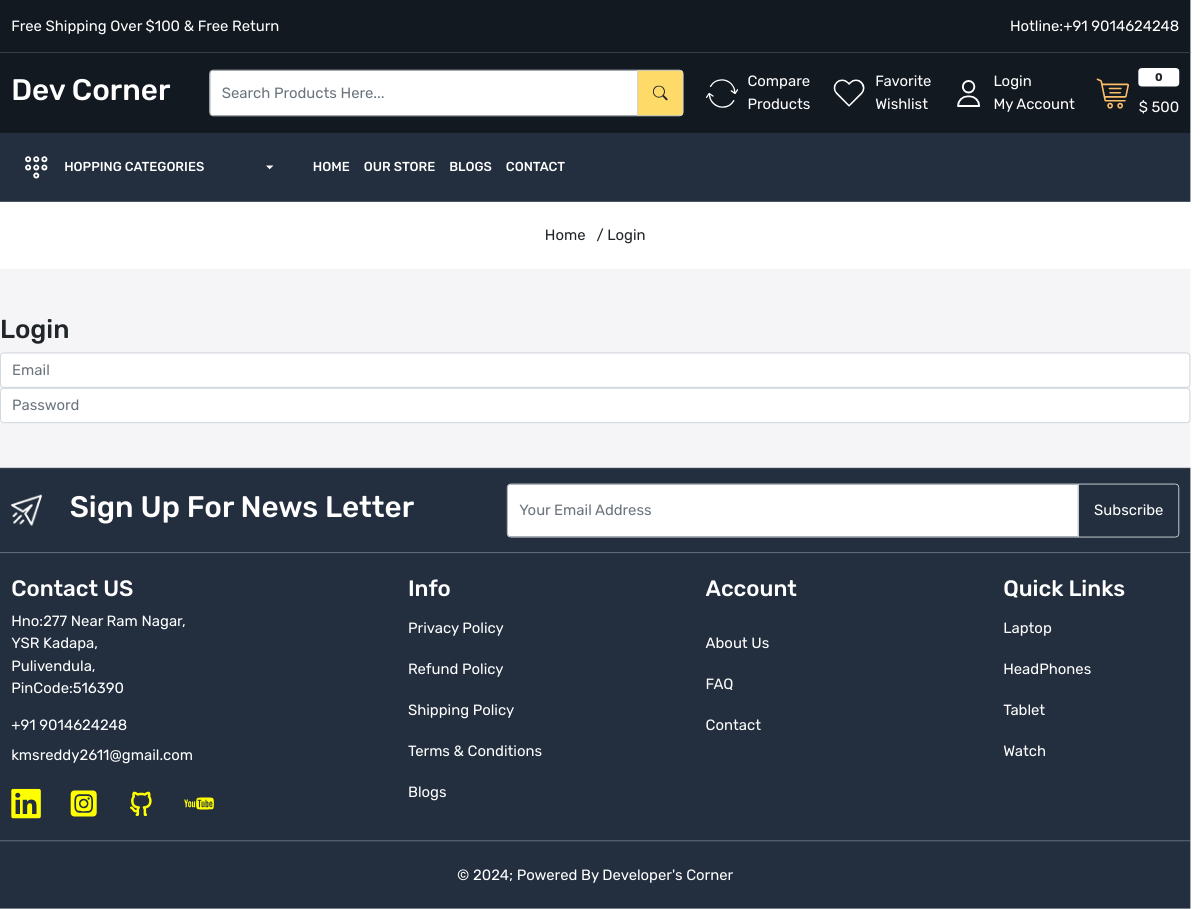
Repository: maniheist/ecommerce-app
Page: /login
The author's editor kept a copy of each file at every save. The page is drawn from the files as they stood at one save, then again after the next save.
The browser window is 1280 px wide. The page is 1292 px wide, so the pictures cover 1292 px, including what lies to the right of the window. The pictures show the whole page, at 93% of full size.
The project was rebuilt for these pictures with package versions that can differ from the ones it lists, and the page was loaded fresh each time. Also part of the build but not shown: src/components/BlogCard.js, src/components/ProductCard.js, src/components/SpecialProduct.js, src/pages/Home.js, src/pages/About.js, src/pages/Contact.js, src/components/Color.js, src/pages/OurStore.js and 3 more.

Above is the page before, as saved 2024-02-20 15:10:10.

### public/index.html
<!DOCTYPE html>
<html lang="en">
  <head>
    <meta charset="utf-8" />
    <link rel="icon" href="%PUBLIC_URL%/favicon.ico" />
    <meta name="viewport" content="width=device-width, initial-scale=1" />
    <meta name="theme-color" content="#000000" />
    <meta
      name="description"
      content="Web site created using create-react-app"
    />
    <link rel="apple-touch-icon" href="%PUBLIC_URL%/logo192.png" />

    <link rel="preconnect" href="https://fonts.googleapis.com" />
    <link rel="preconnect" href="https://fonts.gstatic.com" crossorigin />
    <link
      href="https://fonts.googleapis.com/css2?family=Rubik:ital,wght@0,300..900;1,300..900&display=swap"
      rel="stylesheet"
    />
    <link
      href="https://cdn.jsdelivr.net/npm/bootstrap@5.0.2/dist/css/bootstrap.min.css"
      rel="stylesheet"
      integrity="sha384-EVSTQN3/azprG1Anm3QDgpJLIm9Nao0Yz1ztcQTwFspd3yD65VohhpuuCOmLASjC"
      crossorigin="anonymous"
    />
    <link rel="manifest" href="%PUBLIC_URL%/manifest.json" />

    <title>React Redux App</title>
  </head>
  <body>
    <noscript>You need to enable JavaScript to run this app.</noscript>
    <div id="root"></div>
    <script
      src="https://cdn.jsdelivr.net/npm/bootstrap@5.0.2/dist/js/bootstrap.bundle.min.js"
      integrity="sha384-MrcW6ZMFYlzcLA8Nl+NtUVF0sA7MsXsP1UyJoMp4YLEuNSfAP+JcXn/tWtIaxVXM"
      crossorigin="anonymous"
    ></script>
  </body>
</html>

### src/index.js
import React from 'react';
import { createRoot } from 'react-dom/client';

import App from './App';

const container = document.getElementById('root');
const root = createRoot(container);

root.render(

      <App />

);

### src/App.js
import React from 'react';
import './App.css';
import {BrowserRouter,Routes,Route} from "react-router-dom";
import Layout from "./components/Layout";
import Home from "./pages/Home"
import About from "./pages/About"
import Contact from "./pages/Contact"
import OurStore from './pages/OurStore';
import Blog from "./pages/Blog";
import CompareProduct from './pages/CompareProduct';
import Wishlist from './pages/Wishlist';
import Login from './pages/Login';
function App() {
  return (
    <>
      <BrowserRouter>
        <Routes>
        <Route path="/" element={<Layout />}>
<Route index element={<Home />} />
<Route path="about" element={<About />}/>
<Route path="contact" element={<Contact />}/>
<Route path="store" element={<OurStore />}/>
<Route path="blogs" element={<Blog />}/>
<Route path="compare-product" element={<CompareProduct />}/>
<Route path="wishlist" element={<Wishlist />}/>
<Route path="login" element={<Login />}/>


        </Route>

        </Routes>
      </BrowserRouter>
    </>

  );
}

export default App;

### src/App.css
*{
  margin:0;
  padding:0;
  box-sizing:border-box;
}
:root{
  --color-131921:#131921;
  --color-3b4149:#3b4149;
--color-febd69:#fedb69;
--color-232f3e:#232f3e;
--color-bf4800:#bf4800;
--color-f5f5f7:#f5f5f7;
--color-ededed:#ededed;
--color-777777:#777777;
--color-1c1b1b:#1c1b1b;
--color-f2f2f2:#f2f2f2;
}

.section-heading{
  font-size: 26px;
  line-height: 32px;
  font-weight: 500;
  margin-bottom: 30px;

}
.card-wrapper{
  background-color: white;
  box-shadow: 0 0 10px #0000001a;
  padding: 15px;
}

.button{
  background-color:var(--color-232f3e) ;
  color: white;
  padding: 13px 33px;
  font-size: 14px;
  border-radius: 15px;
}
.button:hover{
  background-color: var(--color-febd69);
  color:#131921
}
body {
  font-family:"Rubik", sans-serif;
}
a {
  text-decoration:none;
  display:inline-block;
}

.form-control:focus{
  box-shadow:none;
  border-color: inherit;
}

/*header part*/
.header-top-strip{
  border-bottom: 1px solid var(--color-3b4149);
  background-color:var(--color-131921) ;
}

.header-upper{
  background-color: var(--color-131921);
}

.header-bottom{
  background-color: var(--color-232f3e);
}

.header-upper .input-group-text{
  background-color: var(--color-febd69);
}

.header-upper.header-upper-links img{
  width:35px;
  height: 35px;
}

.gap-10{
  gap: 10px;
}


.gap-15{
  gap: 15px;
}

.gap-30{
  gap: 30px;
}
.header-bottom .menu-links a,
.header-bottom .dropdown button
{
  color: white;
  font-size: 14px;
  line-height: 18px;
  font-weight: 480;
  letter-spacing:0.3;
  text-transform: uppercase;
}

.header-bottom .dropdown button:focus{
  box-shadow: none;
}

.header-bottom .dropdown-menu{
  background-color: var(--color-131921);
  width:100%;
  transform: translate3d(0px,57px,0px) !important;
}

.header-bottom .dropdown-item{
  padding:20px;
  margin-bottom: 3px;
  border-bottom: 1px solid var(--color-3b4149)
  ;

}
.header-bottom .dropdown-item:hover{
  background-color: transparent;
  color: var(--color-febd69) !important;
}
/*header part end */


/*footer part  */

footer{
  background-color: var(--color-232f3e);
}



footer:not(:first-child){
  border-top:1px solid rgba(255,255,255,0.1);

}

footer .input-group-text{
  background-color: var(--color-232f3e);
  color:white;
  padding:8px 17px;
}
/* footer part end */

/*Home page*/

.main-banner-content{
  top:15%;
  left:5%;
}

.main-banner-content h4{

  font-size: 19px;
  font-weight: 400;
  line-height: 24px;
  color:var(--color-bf4800);
  margin: 0 0 12px;
  letter-spacing: 0.3px;
  text-transform: uppercase;

}

.main-banner-content h5{
  font-size: 52px;
  font-weight: 500;
  line-height: 64px;
  letter-spacing: -2px;
  text-transform: none;

}

.main-banner-content p{
  font-size: 18px;
  line-height: 28px;
  letter-spacing: 0.4px;
  font-weight: 100;
  color: var(--color-131921);
}


.small-banner-content{
  top:25%;
  left:10%;
}

.small-banner-content h4{

  font-size: 21px;
  font-weight: 400;
  line-height: 24px;
  color:var(--color-bf4800);
  margin: 0 0 12px;
  letter-spacing: 0.3px;
  text-transform: uppercase;
}
.small-banner-content h5{
  font-size: 33px;
  font-weight: 500;
  line-height: 34px;
  letter-spacing: -2px;
  text-transform: none;

}

.small-banner-content p{
  font-size: 18px;
  line-height: 28px;
  letter-spacing: 0.4px;
  font-weight: 100;
  color: var(--color-131921);
}

.small-banner{
  width: 49%;

}


/* Home wrapper 2 */

.home-wrapper-2{
  background-color: var(--color-f5f5f7);

}

/* Home wrapper 2 ends */

/* categories section */

.categories{
  background-color: white;
  box-shadow: 0 0 10px #0000001a;
  padding: 15px;
}

.categories > div{
  width:25%;
  padding: 10px 10px 10px 20px;
}

.categories > div:nth-child(1),
.categories > div:nth-child(2),
.categories > div:nth-child(3),
.categories > div:nth-child(4){
  border-bottom: 1px solid var(--color-ededed) ;
}

.categories>div>div{
  width:60%
}

.categories > div:nth-child(1),
.categories > div:nth-child(2),
.categories > div:nth-child(3){
  border-right: 1px solid var(--color-ededed) ;
}

.categories > div:nth-child(5),
.categories > div:nth-child(6),
.categories > div:nth-child(7){
  border-right: 1px solid var(--color-ededed) ;
}
/* categories end */

/* Home Page End */


/* Blogcard */

.blog-card{
  background-color: white;
  padding:20px;
  border-radius:10px;
}

.blog-card img{
  border-top-left-radius:10px;
  border-top-right-radius:10px;
}

.blog-content{
  padding: 15px;

}

.blog-contentp.date{
  font-size: 13px;
  line-height: 24px;
  text-transform: uppercase;
  letter-spacing: 0;
  font-weight: 400;
  color: var(--color-777777);
  padding: 0;

}

.blog-content h5{
  font-size: 18px;
  color: var(--color-131921);
}


.blog-content p.desc{
  font-size: 13px;
  line-height: 22px;
  color: var(--color-777777);
}
/*Blogcard ends*/


/* product card */

.product-card{
  padding: 15px;
  background-color: white;
  border-radius: 13px;
overflow:hidden;
width: 100%;
}

.product-card .product-image{
  height: 270px;
}

.product-card .product-image img{
  object-fit: contain;
}
.product-card .product-image> img:last-child{
  display: none;
}
.product-card:hover .product-image > img:nth-child(1){
display: none;

}
.product-card:hover .product-image>img:last-child{
  display: block;


}



.product-card:hover .action-bar{
  right: 15px;

}
.product-card .product-details h6 {
  color:var(--color-bf4800);
  font-size: 13px;



}


.product-card .product-details h5{
  font-size: 15px;
  color: var(--color-1c1b1b);
}

.product-card.product-details p.price{
  font-size: 16px;
  color: var(--color-1c1b1b);
}

.product-card p.description{
  font-size: 13px;
  color: var(--color-777777);
  margin-right: 20px;
}

.action-bar{
  top: 10%;
  right:-23px;
  transition: 0.3s;
}


.wishlist-icon{
  top: 2%;
  right:15px;

}
/* product card ends */

/* special product */

.special-product-card{
  padding:20px 10px;
  border-radius: 10px;
  background-color: white;
}

.special-product-card .badge{
  background-color:#eb353b !important;
}


/* special product ends */

/* famous start */

.famous-card .famous-content{
  top: 10%;
  left: 5%;

}

.famous-card img{
  border-radius: 10px;
}

.famous-content h5{
  font-size: 13px;
  line-height: 20px;
  font-weight: 400px;
  color: white;
  margin-bottom: 7px;
  text-transform: uppercase;

}
.famous-content h6{
  font-size: 24px;
  line-height: 38px;
  font-weight: 500;
  color: white;
}
.famous-content p{
  font-size: 16px;
  line-height: 24px;
  color: white;
  font-weight: 100;
}

/* famous ends */

/* Our Store Start */

.filter-card{
  background-color: white;
  border-radius: 10px;
  padding: 15px 15px 25px;
}

.filter-title{
  font-size: 16px;
  line-height: 20px;
  font-weight: 600;
  color: var(--color-1c1b1b);
  margin-bottom: 20px;
}

.filter-card ul,
.filter-card .form-check-label {
  list-style-type:none;
  font-size: 13px;
  line-height: 30px;
  color: var(--color-777777);
  cursor: pointer;
}

.filter-card .form-check-input:focus{
  box-shadow: none;
  border-color: rgba(0,0,0,0.25);
}
.filter-card .form-check-input:checked{
background-color: var(--color-febd69);
  border-color: var(--color-febd69);

}
.sub-title{
  font-size: 40px;
  font-weight: 600;
  color: var(--color-1c1b1b);
  margin-bottom: 15px;
  margin-top: 20px;
}

.colors{
  list-style-type: none;
  display: flex;
  flex-wrap: wrap;
  gap: 10px;
}
.colors .one{
  width: 20px;
  height: 20px;
  background-color: red;
  border-radius: 50%;
}
.colors .two{
  width: 20px;
  height: 20px;
  background-color: blue;
  border-radius: 50%;
}
.colors  .three{
  width: 20px;
  height: 20px;
  background-color: yellow;
  border-radius: 50%;
}
.colors  .four{
  width: 20px;
  height: 20px;
  background-color: pink;
  border-radius: 50%;
}
.colors  .five{
  width: 20px;
  height: 20px;
  background-color: black;
  border-radius: 50%;
}
.colors  .six{
  width: 20px;
  height: 20px;
  background-color: brown;
  border-radius: 50%;
}

.colors  .seven{
  width: 20px;
  height: 20px;
  background-color:chocolate;
  border-radius: 50%;
}

.random-products h5{
font-size: 14px;
margin-bottom: 8px;
}

.random-products:first-child{
  border-bottom: 1px solid var(--color-ededed);
}

.filter-sort-grid{
  padding: 10px;
  background-color: white;
  border-radius: 10px;
}

.grid img{
  width: 35px;
  height: 35px;
  background-color: var(--color-f2f2f2);
  padding: 8px;
  border-radius: 3px;
  cursor: pointer;
}
.grid img:hover{
  background-color:burlywood;
}

.g-12{
  width: 100%;

}
.gr-6{
  width: 49%;
}
.gr-4{
  width: 32%;
}
.gr-3{
  width: 24%;

}

.gr-12 .product-card{
  display: flex;
  gap:20px;
}
.gr-6 .product-image{
  width: 100%;
}
.gr-6 .product-image img{
  margin: auto;
  display: block;
}
.gr-12 .product-card .product-image{
  width: 270px;
}

.gr-12 .product-card .product-image{
  height: auto;
}
.gr-12 .action-bar{top: 17%;}


/* Our store ends */


/* contact us starts*/

.contact-inner-wrapper{
  padding:30px 20px;
  border-radius: 15px;
  background-color: white;
  gap:15px;
}
.contact-inner-wrapper>div{
  width: 48%;
}

.contact-title{
  font-size: 26px;
  font-weight: 500;
  line-height: 35px;
  text-align: left;

}

.contact-inner-wrapper form .form-control{
  background-color: var(--color-f5f5f7);
  border-radius: 10px;
  border-color: transparent;
  padding: 10px;
}

.contact-inner-wrapper ul{
  list-style: none;
}

.contact-inner-wrapper address,.contact-inner-wrapper a,.contact-inner-wrapper p{
  color: var(--color-777777);
}

/* contact us ends */

/* compare products */

.compare-product-card {
  padding: 20px 15px;
  background-color: white;
  border-radius: 10px;

}

.compare-product-card .cross ,.wishlist-card .cross{
  top: 15px;
  right: 15px;
  width: 25px;
  padding: 3px;
cursor: pointer;
}

.compare-product-details h5.title, .wishlist-card h5.title{
  font-size: 15px;
  line-height: 22px;
  font-weight: 500;
  color: var(--color-1c1b1b);
}

.compare-product-details h6.price, .wishlist-card h6.price{
font-size: 15px;
line-height: 22px;
font-weight: 400;
}

.compare-product-card .product-detail{
  display: flex;
  justify-content: space-between;
  align-items: center;
  padding: 10px 0px;
  border-top: 1px solid rgba(0,0,0,0.1);
}




/* compare products ends */

### src/components/Layout.js
import React from 'react'
import {Outlet} from "react-router-dom";
import Header from "./Header";
import Footer from "./Footer";
const Layout = () => {
  return (
    <>
            <Header />
            <Outlet />
            <Footer />

    </>
  )
}

export default Layout

### src/pages/Login.js
import React from 'react'
import BreadCrumb from '../components/BreadCrumb'
import Meta from '../components/Meta';
const Login = () => {
  return <>
  <Meta title={"Login"}></Meta>
    <BreadCrumb title='Login'/>
    <div className='login-wrapper py-5 home-wrapper-2'>
        <div className='row'>
            <div className='col-12'>
                <div className='login-card'>
                    <h3>Login</h3>
                    <form type="">
                        <div><input type='email' name='email' placeholder='Email'  className='form-control'></input></div>
                        <div><input type='password' name='password' placeholder='Password' className='form-control'></input></div>

                    </form>
                </div>
            </div>
        </div>
    </div>


  </>
}

export default Login

### src/components/Header.js
import React from 'react'
import {NavLink,Link} from "react-router-dom"
import {BsSearch} from "react-icons/bs"
const Header = () => {
  return <>
  <header className='header-top-strip py-3'>
    <div className='container-xxl'>
      <div className='row'>
        <div className='col-6'>
          <p className='text-white mb-0'>Free Shipping Over $100 & Free Return</p>
        </div>
        <div className='col-6'>
          <p className='text-end text-white mb-0'>
            Hotline:
            <a className='text-white' href='tel:+9014624248'>+91 9014624248</a>
          </p>
        </div>
      </div>
    </div>
  </header>
  <header className='header-upper py-3'>
    <div className='container-xxl'>
      <div className='row align-items-center'>
        <div className='col-2'>
          <h2><Link className='text-white'>
            Dev Corner
          </Link></h2>
        </div>
        <div className='col-5'>
          <div className="input-group">
  <input type="text" className="form-control py-2" placeholder="Search Products Here..." aria-label="Search Products Here..." aria-describedby="basic-addon2"/>
  <span className="input-group-text p-3" id="basic-addon2"><BsSearch className='fs-6' /></span>
</div>
        </div>
        <div className='col-5'>
          <div className='header-upper-links d-flex align-items-center justify-content-between'>
            <div>
              <Link to='/compare-product' className='d-flex align-items-center gap-10 text-white'>
              <img src="/images/compare.svg" alt='compare' />
                <p className='mb-0'>Compare <br /> Products</p>
              </Link>
            </div>
            <div>
              <Link to="/wishlist" className='d-flex align-items-center gap-10 text-white'>
              <img src="/images/wishlist.svg" alt='wishlist' />
                <p className='mb-0'>Favorite <br /> Wishlist</p>
              </Link>
            </div>
            <div>
              <Link to="/login" className='d-flex align-items-center gap-10 text-white'>
              <img src="/images/user.svg" alt='user' />
                <p className='mb-0'>Login <br /> My Account</p>
              </Link>
            </div>
            <div>
              <Link to="/cart" className='d-flex align-items-center gap-10 text-white'>
            <img src="/images/cart.svg" alt='cart' />
                <div className='d-flex flex-column gap-10'>
                <span className='badge bg-white text-dark'>0</span>
                <p className='mb-0'>$ 500</p>

                </div>
              </Link>
            </div>
          </div>
        </div>
      </div>
    </div>
  </header>
<header className='header-bottom py-3'>
  <div className='container-xxl'>
    <div className='row'>
      <div className='col-12'>
        <div className='menu-bottom d-flex align-items-center gap-30'>
        <div>
          <div className="dropdown">
  <button className="btn btn-secondary dropdown-toggle bg-transparent border-0 gap-15 d-flex align-items-center" type="button" id="dropdownMenuButton1" data-bs-toggle="dropdown" aria-expanded="false">
    <img src="images/menu.svg" alt=""/><span className='me-5 d-inline-blocto'>hopping Categories</span>
  </button>
  <ul className="dropdown-menu" aria-labelledby="dropdownMenuButton1">
    <li><to className="dropdown-item text-white" to="">Pants</to></li>
    <li><to className="dropdown-item text-white" to="">Shirts</to></li>
    <li><to className="dropdown-item text-white" to="">Shorts</to></li>
  </ul>
</div>
        </div>
        <div className='menu-links'>
          <div className='d-flex align-items-center gap-15'>
            <NavLink className='text-white' to="/">Home</NavLink>
            <NavLink className='text-white' to="/store">Our Store</NavLink>
            <NavLink className='text-white' to="/blogs">Blogs</NavLink>
            <NavLink className='text-white' to="/contact">Contact</NavLink>
          </div>
        </div>

        </div>
      </div>
    </div>
  </div>
</header>


  </>
}

export default Header

### src/components/BreadCrumb.js
import React from 'react'
import {Link} from 'react-router-dom';
const BreadCrumb = (props) => {
    const {title}=props;
  return (
    <div className='breadcrumb mb-0 py-4'>
      <div className='container-xxl'>
        <div className='row'>
            <div className='col-12'>
                <p className='text-center mb-0'><Link to='/' className='text-dark'>Home &nbsp; </Link> / {title}</p>
            </div>
        </div>
      </div>
    </div>
  )
}

export default BreadCrumb

### src/components/Meta.js

import React from 'react'
import {Helmet} from "react-helmet";

const Meta = (props) => {
  return (
    <Helmet>
                <meta charSet="utf-8" />
                <title>{props.title}</title>
            </Helmet>
  )
}

export default Meta

Loaded but not shown: src/components/Footer.js (104 lines, source omitted)

After the next save:
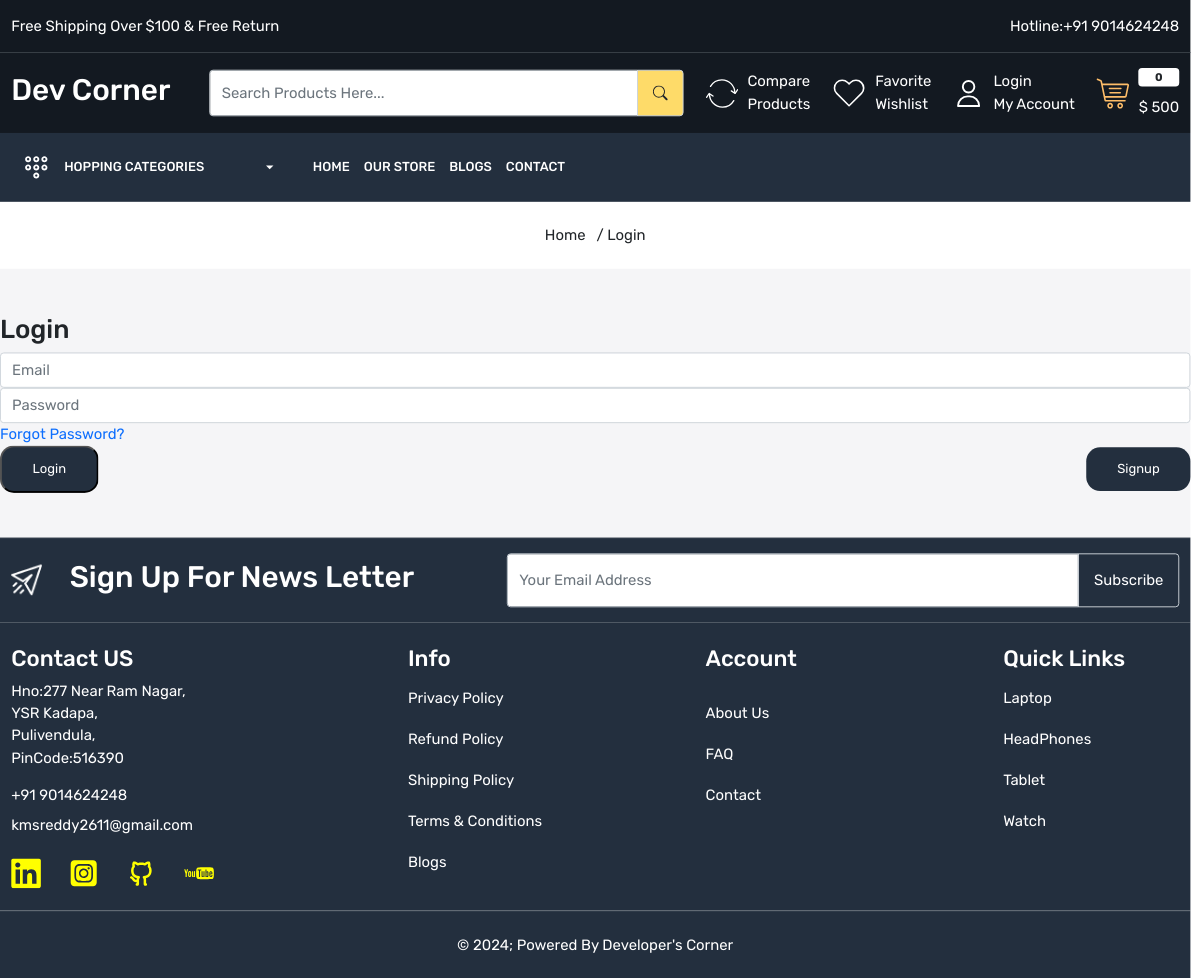
Saved 3 min 19 s later.
--- a/src/pages/Login.js
+++ b/src/pages/Login.js
@@ -1,5 +1,6 @@
 import React from 'react'
-import BreadCrumb from '../components/BreadCrumb'
+import BreadCrumb from '../components/BreadCrumb';
+import {Link} from 'react-router-dom';
 import Meta from '../components/Meta';
 const Login = () => {
   return <>
@@ -13,6 +14,13 @@
                     <form type="">
                         <div><input type='email' name='email' placeholder='Email'  className='form-control'></input></div>
                         <div><input type='password' name='password' placeholder='Password' className='form-control'></input></div>
+                        <div>
+                            <Link to='/forgot-password'>Forgot Password?</Link>
+                            <div className='d-flex justify-content-between align-items-center gap-15'>
+                                <button className='button'>Login</button>
+                                <Link to='/signup' className='button'>Signup</Link>
+                            </div>
+                        </div>
 
                     </form>
                 </div>
